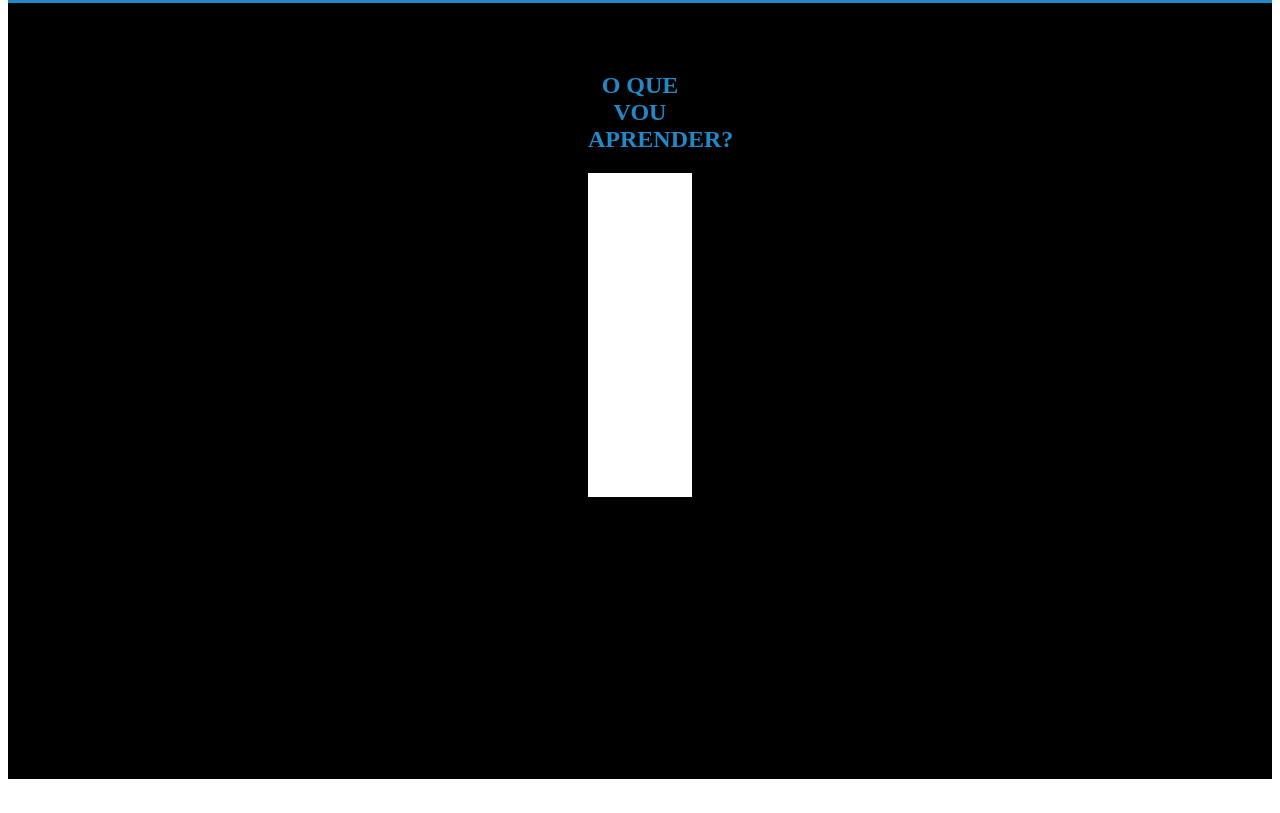
Repository: gustavotwist/trilha-css-desafio-01
Page: index.html
These files come from the project's save history. The page is drawn as it stood at one moment and after the next save; the edit follows.
The browser window is 1280 px wide. The pictures show the part of the page from y = 449 to 1262 px (the page is 2055 px tall).
A picture or video elsewhere on the page could not be fetched, so the positions and the page height are approximate.

Above is the page before, as saved 2024-07-15 18:37:47.

After the next save:
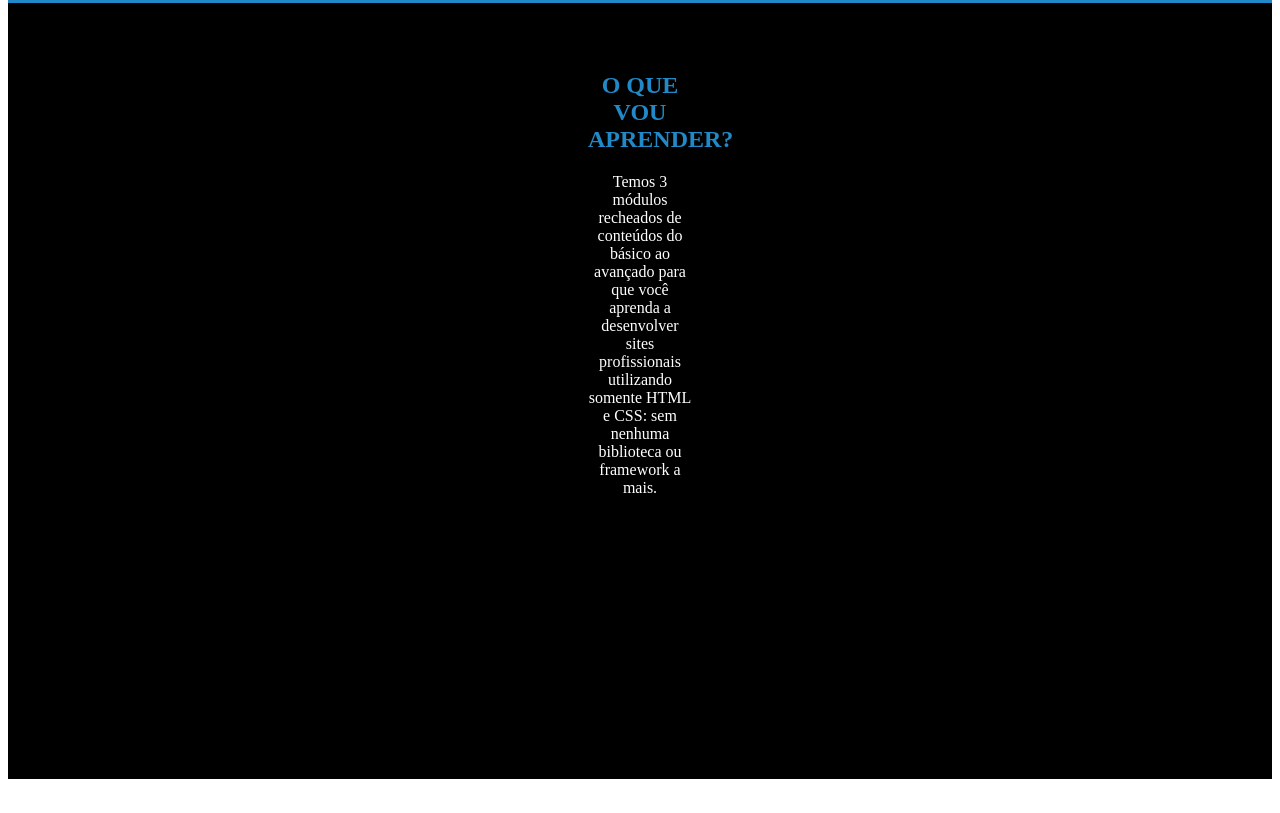
Saved 4 s later.
--- a/global.css
+++ b/global.css
@@ -39,7 +39,7 @@ button {
 
 section p{
     color: white;
-    background-color:white;
+
 }
 
 
